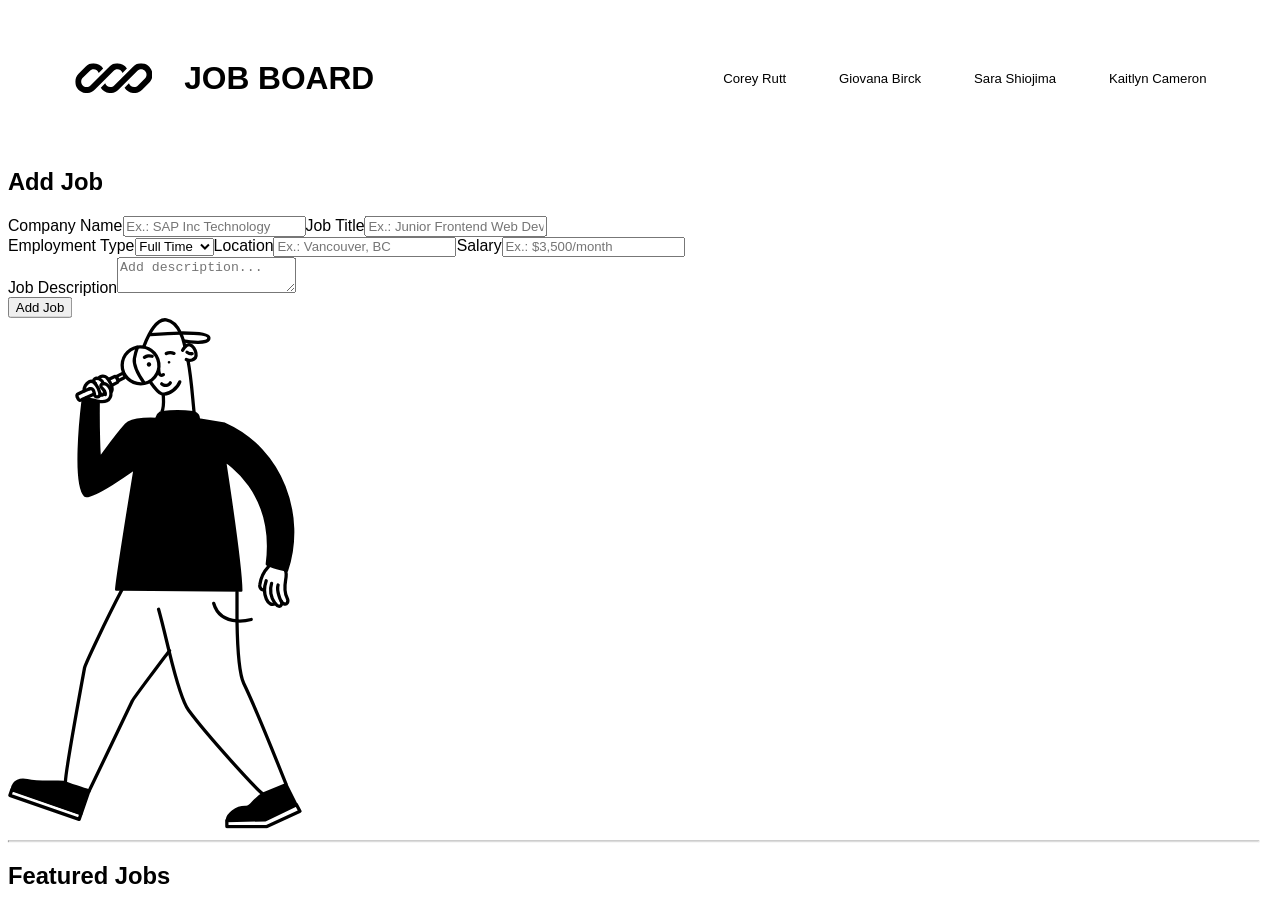
Repository: kcameron37/Final-Project-FrontEnd
Page: /
These files come from the project's save history. The page is drawn as it stood at one moment and after the next save; the edit follows.
The browser window is 1280 px wide. The pictures show the whole page, at 99% of full size.
The project was rebuilt for these pictures with package versions that can differ from the ones it lists, and the page was loaded fresh each time. Also part of the build but not shown: src/components/addJob.module.css.

Above is the page before, as saved 2023-11-14 20:13:30.

### src/App.js
import React, { useState } from 'react';

import styles from './styles.css';

import JobList from './components/JobList.js';
import AddJob from './components/AddJob.js';
import NavBar from './components/NavBar.js';


export default function App() {
  const [jobs, setJobs] = useState([]);

  const addJob = (job) => {
    setJobs([...jobs, job]);
  };

  const deleteJob = (index) => {
    const newJobs = jobs.filter((_, idx) => idx !== index);
    setJobs(newJobs);
  };

  return (
    <div className="App">
      <NavBar />
      <AddJob addJob={addJob} />
      <JobList jobs={jobs} deleteJob={deleteJob} />
    </div>
  );
}

### src/styles.css
.App {
  font-family: 'Rubik', sans-serif;
}

### src/components/JobList.js
import React from 'react';

export default function JobList({ jobs, deleteJob }) {
  return (
    <div>
      <hr />
      <h2>Featured Jobs</h2>
      {
        jobs.map((job, index) => (
          <div key={index} className="job-item">
            <h3>{job.jobTitle}</h3>
            <button onClick={() => console.log('Make Edit Do Something')}>Edit</button>
            <button onClick={() => deleteJob(index)}>Delete</button>
            <p>{job.companyName} • {job.employment} • {job.location} • {job.salary}</p>
            <p>{job.description}</p>
            <hr />
          </div>
        ))
      }
    </div>
  );
}

### src/components/AddJob.js
import React, { useState } from 'react';
import styles from './addJob.module.css';


export default function AddJob({ addJob }) {

    const [job, setJob] = useState({
        companyName: '',
        jobTitle: '',
        employment: 'Full Time',
        location: '',
        salary: '',
        description: ''
    });

    const handleSubmit = (e) => {
        e.preventDefault();
        addJob(job);
        setJob({ companyName: '', jobTitle: '', employment: 'Full Time', location: '', salary: '', description: '' });
    }

    const handleChange = (e) => {
        setJob({ ...job, [e.target.name]: e.target.value });
    };

    return (
        <form onSubmit={handleSubmit} className={styles.formContainer}>
            <h2>Add Job</h2>
            <div>
                <label>Company Name</label>
                <input
                    type="text"
                    name="companyName"
                    value={job.companyName}
                    onChange={handleChange}
                    placeholder="Ex.: SAP Inc Technology"
                />

                <label>Job Title</label>
                <input
                    type="text"
                    name="jobTitle"
                    value={job.jobTitle}
                    onChange={handleChange}
                    placeholder="Ex.: Junior Frontend Web Developer"
                />
            </div>

            <div>
                <label>Employment Type</label>
                <select name="employment" value={job.employment} onChange={handleChange}>
                    <option value="Full Time">Full Time</option>
                    <option value="Part Time">Part Time</option>
                </select>

                <label>Location</label>
                <input
                    type="text"
                    name="location"
                    value={job.location}
                    onChange={handleChange}
                    placeholder="Ex.: Vancouver, BC"
                />

                <label>Salary</label>
                <input
                    type="text"
                    name="salary"
                    value={job.salary}
                    onChange={handleChange}
                    placeholder="Ex.: $3,500/month"
                />
            </div>

            <div>
                <label>Job Description</label>
                <textarea
                    name="description"
                    value={job.description}
                    onChange={handleChange}
                    placeholder="Add description..."
                />
            </div>
            <button type="submit">Add Job</button>

            <div>
                <img src="/images/man.svg" alt="Logo" />
            </div>
        </form>
    );
}

### src/components/NavBar.js
import React from 'react';
import styles from './navBar.module.css';

export default function NavBar() {
    return (
        <div className={styles.navBar}>
            <div className={styles.logo}>
                <img src="/images/logo.svg" alt="Logo" />
                <h2>JOB BOARD</h2>
            </div>

            <div>
                <button>Corey Rutt</button>
                <button>Giovana Birck</button>
                <button>Sara Shiojima</button>
                <button>Kaitlyn Cameron</button>
            </div>
        </div>
    );
}

### src/components/navBar.module.css
.logo{
  display: flex;
  align-items: center;
  margin-left: 2em;
  padding: 1em;
}

.logo h2 {
  margin-left: 1em;
  font-size: 32px;
}

.navBar {
    background-color: transparent;
    padding: 10px 20px;
    display: flex;
    align-items: center;
    justify-content: space-between;
  }

  .navBar img {
    height: 30px;
  }

  .navBar button {
    background-color: transparent;
    border: none;
    padding: 10px 20px;
    margin-right: 1em;
    cursor: pointer;
  }

Loaded but not shown: public/index.html (common file); src/index.js (common file)

After the next save:
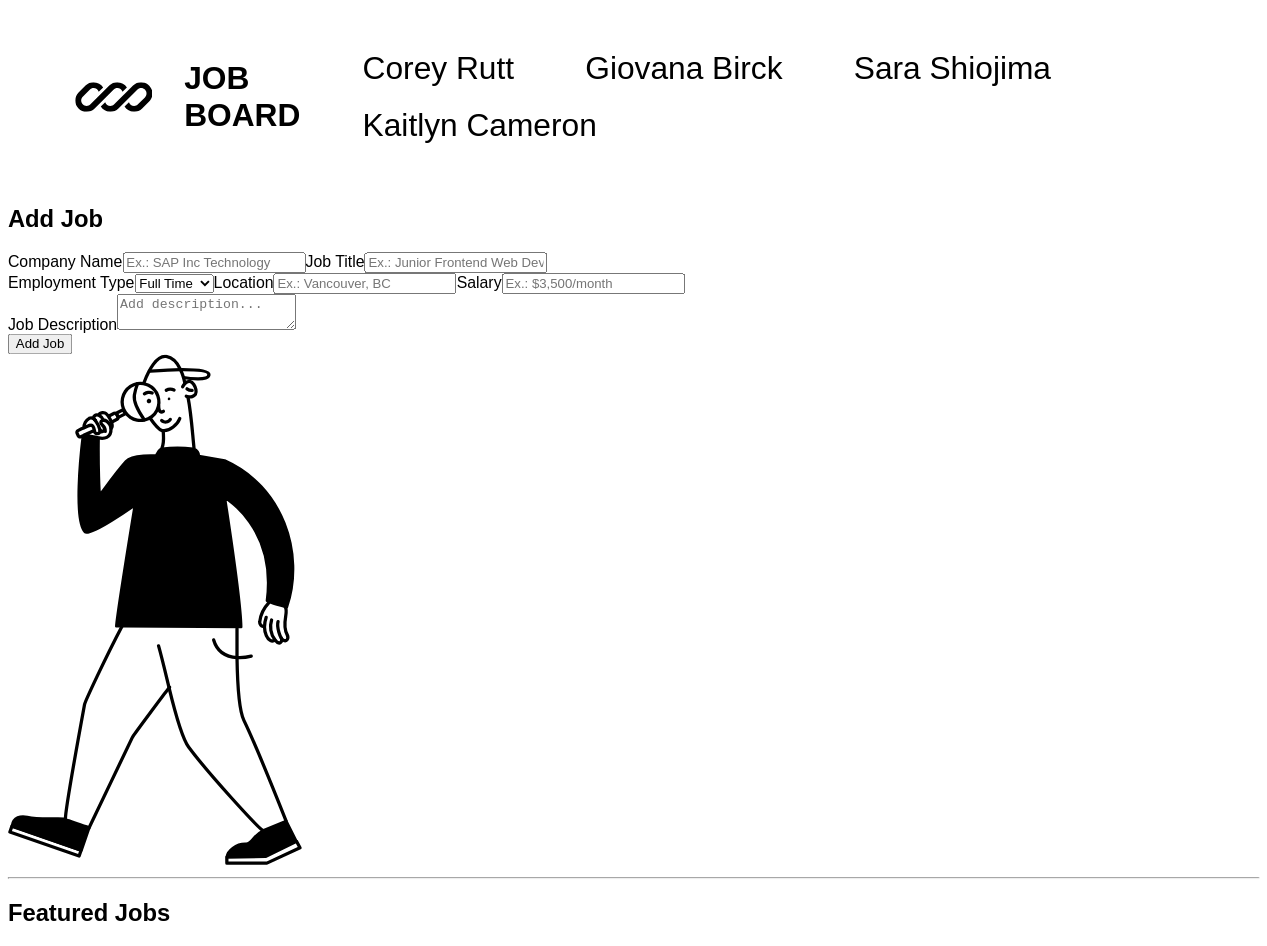
Saved 12 s later.
--- a/src/components/navBar.module.css
+++ b/src/components/navBar.module.css
@@ -28,4 +28,5 @@
     padding: 10px 20px;
     margin-right: 1em;
     cursor: pointer;
+    font-size: 32px;
   }

After the 2 saves that followed:
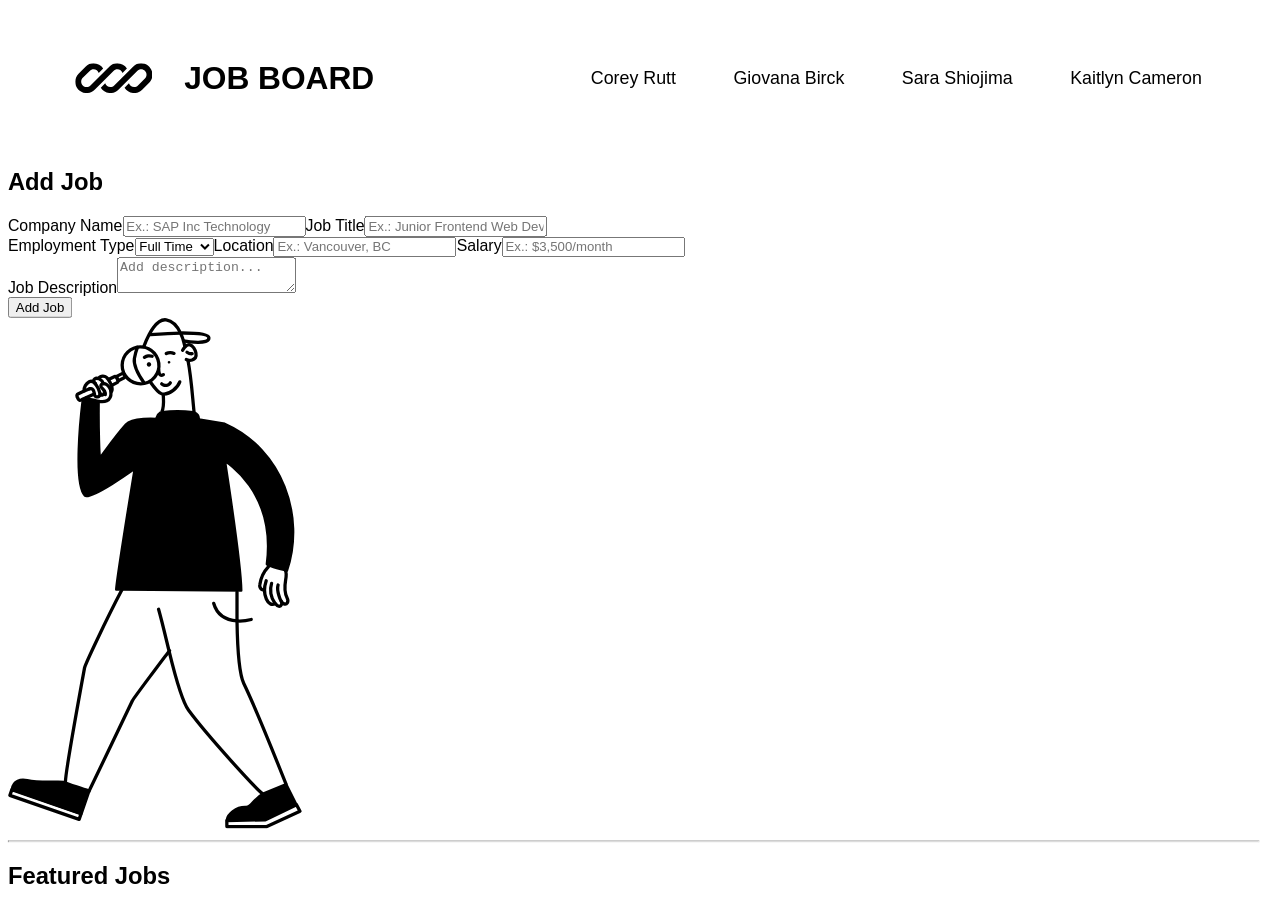
The 2 saves are shown as one change because they came seconds apart.
The last was saved 6 s later.
--- a/src/components/navBar.module.css
+++ b/src/components/navBar.module.css
@@ -28,5 +28,5 @@
     padding: 10px 20px;
     margin-right: 1em;
     cursor: pointer;
-    font-size: 32px;
+    font-size: 18px;
   }
